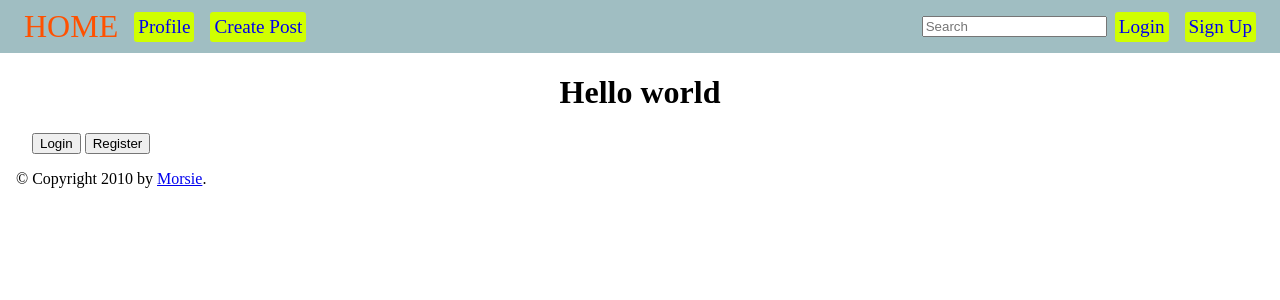
Repository: MorsChen/python-blog
Page: templates/home.html
These files come from the project's save history. The page is drawn as it stood at one moment and after the next save; the edit follows.
The browser window is 1280 px wide. The pictures show the whole page.
The page is served by the project's application, run on Flask 3 (default.py). The template is opened directly, without the code that normally fills it, so the values that code supplies are empty.

Above is the page before, as saved 2019-09-09 16:59:02.

### templates/home.html
{% extends 'index.html' %}

{% block content %}
<h1 style="text-align:center"> Hello world </h1>

{% if not current_user.is_authenticated %}
{% for post in posts %}
<li> {{post.title}} || {{post.body}} || {{post.users.username}} || {{post.created}} || {{post.updated}}
</li>

{%endfor%}
<button type="button" onclick="window.location.href=`{{url_for('login')}}`"> Login</button>
<button type="button" onclick="window.location.href=`{{url_for('register')}}`"> Register</button>
{% else %}
<h3>{{current_user.username}}</h3>
{% for post in posts %}
<li> <a href="{{url_for('single_post', id = post.id)}}">{{post.title}}</a> || {{post.body}} || {{post.users.username}} || {{post.created}} || {{post.updated}}
    <button type='button' onclick = "window.location.href=`{{url_for('editpost', id = post.id)}}`">Edit Post</button>
    <button type='button' onclick = "window.location.href=`{{url_for('new_comment', id = post.id)}}`">Comment</button>
</li>
{%endfor%}
<button type="button" onclick="window.location.href=`{{url_for('newpost')}}`"> Create New Post</button>
<button type="button" onclick="window.location.href=`{{url_for('profile')}}`"> Profile</button>
<button type="button" onclick="window.location.href=`{{url_for('logout')}}`"> Log Out</button>
{% endif %}
{% endblock %}

### templates/index.html
<!doctype html>
<html id="  ">
  <head>
    {% block head %}
    <link rel="stylesheet" href="{{ url_for('static', filename='style.css') }}">
    <title>{% block title %}{% endblock %} - My Blog Webpage</title>
    {% endblock %}
  </head>
  <body>
      <nav class="NavBar">
        <div class="nav-box1">
            <a class="a-nav" href="{{url_for('main')}}">HOME</a>
            <a class="btn" href="{{url_for('profile')}}">Profile</a>
            <a class="btn" href="{{url_for('newpost')}}">Create Post</a>
        </div>
        <div class="nav-box2">
            <input class="ip-nav" placeholder="Search" >
            <a class="btn" href="{{url_for('login')}}">Login</a>
            <a class="btn" href="{{url_for('register')}}">Sign Up</a>

        </div>
      </nav>

      <div id="content">
          {% with messages = get_flashed_messages(with_categories=true) %}
          <!-- Categories: success (green), info (blue), warning (yellow), danger (red) -->
          {% if messages %}
            {% for category, message in messages %}
              <div class="alert alert-{{ category }} alert-dismissible" role="alert">
              <button type="button" class="close" data-dismiss="alert" aria-label="Close"><span aria-hidden="true">&times;</span></button>
              <!-- <strong>Title</strong> --> {{ message }}
              </div>
            {% endfor %}
          {% endif %}
        {% endwith %}

    <div id="content">{% block content %}{% endblock %}</div>
    <div id="footer">
      {% block footer %}
      &copy; Copyright 2010 by <a href="http://domain.invalid/">Morsie</a>.
      {% endblock %}
    </div>
  </body>
</html>

### default.py
import os
from flask import Flask, request, render_template, redirect, url_for, flash
from flask_migrate import Migrate
from flask_sqlalchemy import SQLAlchemy
from werkzeug.security import generate_password_hash, check_password_hash
from datetime import datetime
from flask_wtf import FlaskForm
from wtforms import StringField, SubmitField, PasswordField
from wtforms.validators import DataRequired, Email, EqualTo, ValidationError, Length
from flask_login import LoginManager, UserMixin, login_user, logout_user, current_user, login_required

#setting
app = Flask(__name__)
db = SQLAlchemy(app)
app.config['SECRET_KEY']="SUPERSECRET"

migrate = Migrate(app,db)

login_manager = LoginManager(app)
login_manager.init_app(app)
login_manager.login_view = 'login'


#setting connection
POSTGRES = {
    'user': "khoa",
    'pw': "zzz",
    'db': 'bloghehe',
    'host': "localhost",
    'port': 5432,
}
app.config['SQLALCHEMY_DATABASE_URI'] = 'postgresql://%(user)s:%(pw)s@%(host)s:\
%(port)s/%(db)s' % POSTGRES







#define models

class Users(UserMixin, db.Model):
  id = db.Column(db.Integer, primary_key=True)
  username = db.Column(db.String, nullable=False, unique=True)
  email = db.Column(db.String, nullable=False, unique=True)
  password = db.Column(db.String, nullable=False)
  posts = db.relationship("Posts", backref="users", lazy="dynamic")
  comments = db.relationship("Comments", backref="users", lazy="dynamic")

  def set_pass(self,passw):
    self.password =  generate_password_hash(passw)
  def check_pass(self,passw):
    return check_password_hash(self.password,passw)

class Posts(db.Model):
  id = db.Column(db.Integer, primary_key=True)
  title = db.Column(db.String, nullable=False)
  body = db.Column(db.String, nullable=False)
  created = db.Column(db.DateTime, nullable=False)
  updated = db.Column(db.DateTime)
  author =  db.Column(db.Integer, db.ForeignKey('users.id'), nullable=False)
  comments = db.relationship('Comments', backref="posts", lazy="dynamic")

class Comments(db.Model):
  id = db.Column(db.Integer, primary_key=True)
  body = db.Column(db.String, nullable=False)
  created = db.Column(db.DateTime, nullable=False)
  updated = db.Column(db.DateTime)
  author =  db.Column(db.Integer, db.ForeignKey('users.id'), nullable=False)
  post = db.Column(db.Integer, db.ForeignKey('posts.id'), nullable=False)

db.create_all()


@login_manager.user_loader
def load_user(user_id):
    return Users.query.get(user_id)



#define forms
class Register(FlaskForm):
  username = StringField("User Name", validators=[DataRequired("Please input your username"), Length(min=3, max=20, message="username must have at least 3 char and max 20 chars")])
  email = StringField("Email address", validators=[DataRequired(), Email("Please input an appropriate email address")])
  password = StringField("Password", validators=[DataRequired(), EqualTo("confirm")])
  confirm = StringField("Password", validators=[DataRequired()])
  submit = SubmitField("Register")

  def validate_username(self, field):
        if Users.query.filter_by(username=field.data).first() :
            raise ValidationError("Your username has been registered!!")
  def validate_email(self, field):
        if Users.query.filter_by(email=field.data).first() :
            raise ValidationError("Your email has been registered!!")


class Login(FlaskForm):
  email = StringField("Email address", validators=[DataRequired(), Email("Please input an appropriate email address")])
  password = PasswordField("Password", validators=[DataRequired()])
  submit = SubmitField("Login")

class NewPost(FlaskForm):
  title = StringField("Blog Title", validators=[DataRequired(), Length(min=3,max=255, message="min 3, max 255")])
  body = StringField("Content", validators=[DataRequired(), Length(min=3,max=10000, message="min 3, max 10000")])
  submit = SubmitField("Post")

class New_comment(FlaskForm):
  body = StringField("Comment content", validators=[DataRequired(), Length(min=3, max=1000, message="min 3, max 1000")])
  submit = SubmitField("Comment")

@app.route('/register', methods=['post','get'])
def register():
  form = Register()

  if request.method=="POST":
    if form.validate_on_submit():
      new_user = Users(username = form.username.data,
                        email = form.email.data,
                        )
      new_user.set_pass(form.password.data)
      db.session.add(new_user)
      db.session.commit()
      return redirect(url_for("home"))
    else:
      for field_name, errors in form.errors.items():
          flash(errors)
      return redirect((url_for('register')))
  return render_template('register.html', form = form)

@app.route('/login', methods=['post','get'])
def login():
  form = Login()
  if request.method == 'POST':
    check = Users.query.filter_by(email=form.email.data).first()
    if check :
      if check.check_pass(form.password.data):
        login_user(check)
        return redirect(url_for("home"))
    else:
      flash(["email address not exist"])
      return redirect(url_for('register'))
  return render_template('login.html', form = form)

@app.route('/logout')
@login_required
def logout():
  logout_user()
  return redirect(url_for('login'))

@app.route('/')
def home():
  posts = Posts.query.all()
  return render_template('index.html', posts = posts)


@app.route('/newpost', methods=['post', 'get'])
@login_required
def newpost():
  form = NewPost()
  if request.method == 'POST':
    new_post = Posts(title=form.title.data,
                    body=form.body.data,
                    created = datetime.now())
    current_user.posts.append(new_post)
    db.session.add(new_post)
    db.session.commit()
    return "ok"
  return render_template('newpost.html', form=form)

@app.route('/editpost/<id>', methods=['post','get'])
@login_required
def edit_post(id):
  form = NewPost()
  post = Posts.query.filter_by(id=id, author = current_user.id).first()
  if not post:
    flash([["you are not allowed to edit this post"]])
    return redirect(url_for("home"))
  else:
    if request.method == 'POST':
      post.title = form.title.data
      post.body = form.body.data
      post.updated = datetime.now()
      db.session.commit()
      return "ok"
      # return redirect(url_for('post'))
  return render_template('editpost.html', form = form )

@app.route('/delete_post/<id>', methods=['get'])
@login_required
def delete_post(id):
  post = Posts.query.filter_by(id=id, author=current_user.id).first()
  if post:
    db.session.delete(post)
    db.session.commit()
  else:
    flash(['You are not allowed to delete this post'])
  return redirect(url_for('home'))

@app.route('/single_post/<id>', methods=['get'])
def single_post(id):
  post = Posts.query.filter_by(id=id).first()  # 1 item
  comments = post.comments.all()  # a list
  return render_template('single_post.html', post = post, comments = comments)


@app.route('/posts/<id>/comments', methods=['POST','GET'])
def new_comment(id):
  form = New_comment()
  if request.method == 'POST':
    if form.validate_on_submit():
      post = Posts.query.filter_by(id=id).first()
      c = Comments(body=form.body.data,
                    created = datetime.now(),
                    # author = current_user.id,
                    )
      current_user.comments.append(c) # autho
      post.comments.append(c)      # post
      db.session.add(c)
      db.session.commit()
      return redirect(url_for('single_post', id=id))
    else:
      for field_name, errors in form.errors.items():
          flash(errors)
      return redirect((url_for('new_comment')))
  return render_template('new_comment.html', form = form)



@app.route('/khoa', methods=['get','options',"DELETE"])
def khoa():
  if request.method == "DELETE":
    return "KHOA IS COOL"
  return "NOPE"


if __name__ == "__main__":
  app.run(debug=True, port=5001)

### static/style.css
body{
    /* background-color: black; */
    margin: 0;
}

.NavBar {
    display: flex;
    position: sticky;
    /* margin: 0.5rem; */
    justify-content: space-between;
    top: 0;
    padding: 0 1rem 0 1rem;
    text-align: center;
    align-items: center;
    align-content: center;
    background-color: rgba(70, 128, 136, 0.514);
    font-size: 3rem;
}

.nav-box1 {
    display: flex;
    text-align: center;
    align-items: center;
    align-content: center;
}

.nav-box2 {
    display: flex;
    text-align: center;
    align-items: center;
    align-content: center;
}

.a-nav {
    text-decoration: none;
    font-size: 2rem;
    color: rgb(255, 81, 0);
    margin: 0.5rem;
}
.btn {
    border: none;
    text-decoration: none;
    border-radius: 0.2rem;
    background-color: rgb(208, 255, 0);
    text-align: center;
    text-justify: center;
    padding: 0.25rem;
    margin: 0.5rem;
    font-size: 1.2rem;
}

#content {
    margin: 1rem;
}

After the next save:
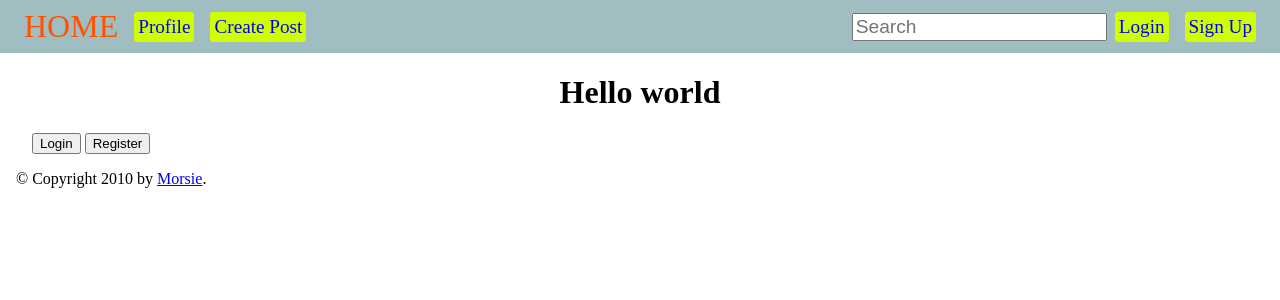
Saved 47 s later.
--- a/static/style.css
+++ b/static/style.css
@@ -37,6 +37,11 @@ body{
     color: rgb(255, 81, 0);
     margin: 0.5rem;
 }
+
+.ip-nav{
+    font-size: 1.2rem;
+}
+
 .btn {
     border: none;
     text-decoration: none;
